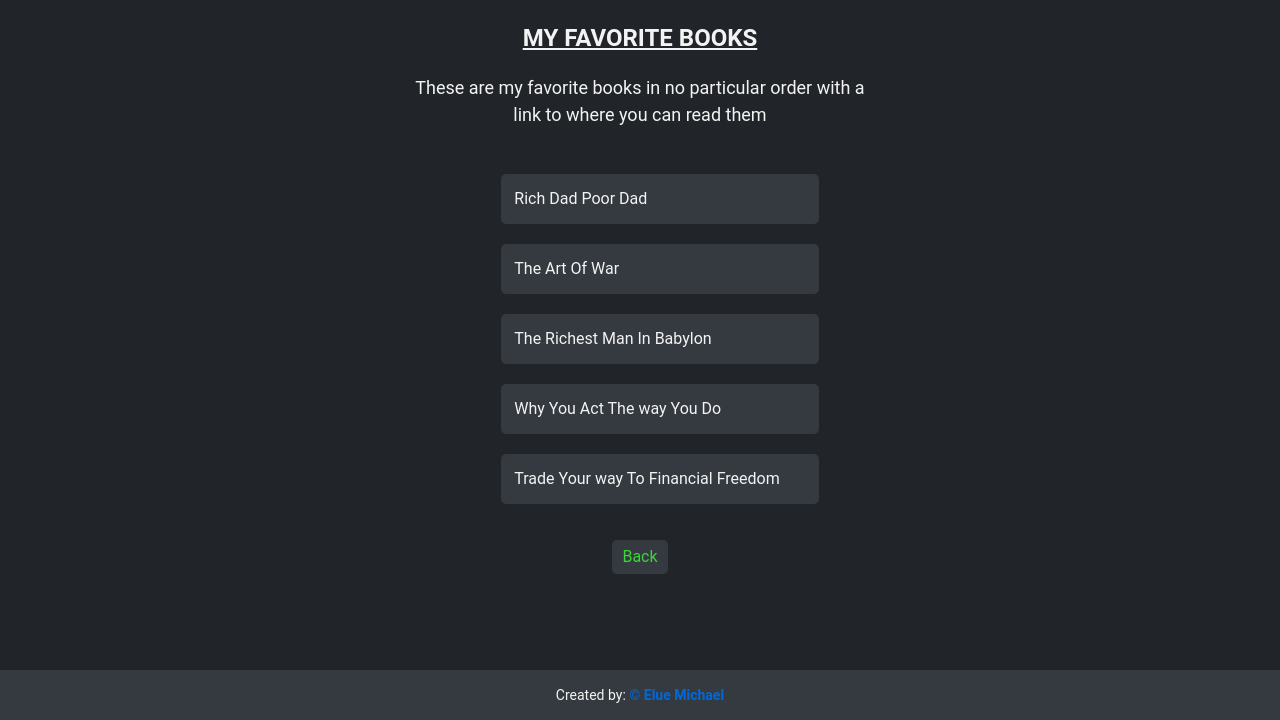
Repository: MikkyPrestige/html-website
Page: pages/books.html
These files come from the project's save history. The page is drawn as it stood at one moment and after the next save; the edit follows.
The browser window is 1280 px wide. The pictures show the whole page.

Above is the page before, as saved 2023-04-29 13:56:47.

After the next save:
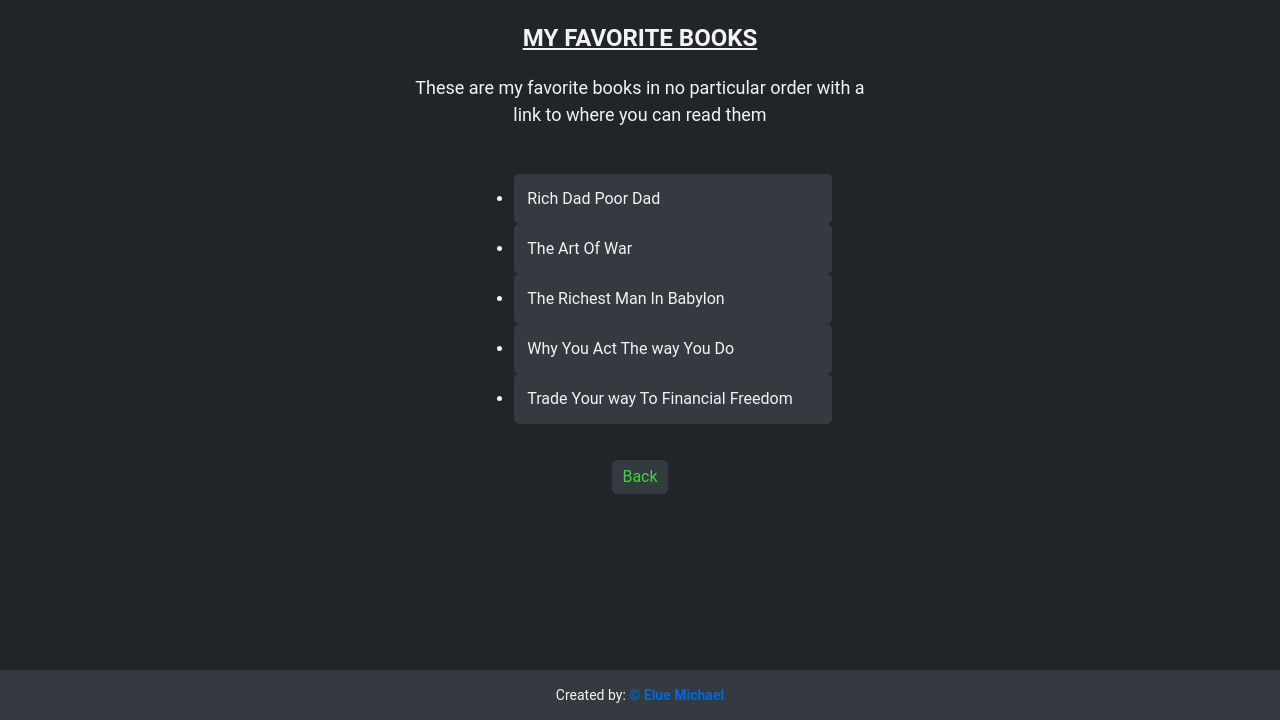
Saved 10 s later.
--- a/pages/books.html
+++ b/pages/books.html
@@ -17,7 +17,7 @@
         <p class="fav-subheading">These are my favorite books in no particular order with a link to where you can read
           them</p>
       </div>
-      <ul class="lists">
+      <ul class="books-lists">
         <li class="books-item">
           <a href="http://www.lequydonhanoi.edu.vn/upload_images/S%C3%A1ch%20ngo%E1%BA%A1i%20ng%E1%BB%AF/Rich%20Dad%20Poor%20Dad.pdf"
             target="_blank" class="books-link">Rich Dad Poor Dad</a>

After the save that followed:
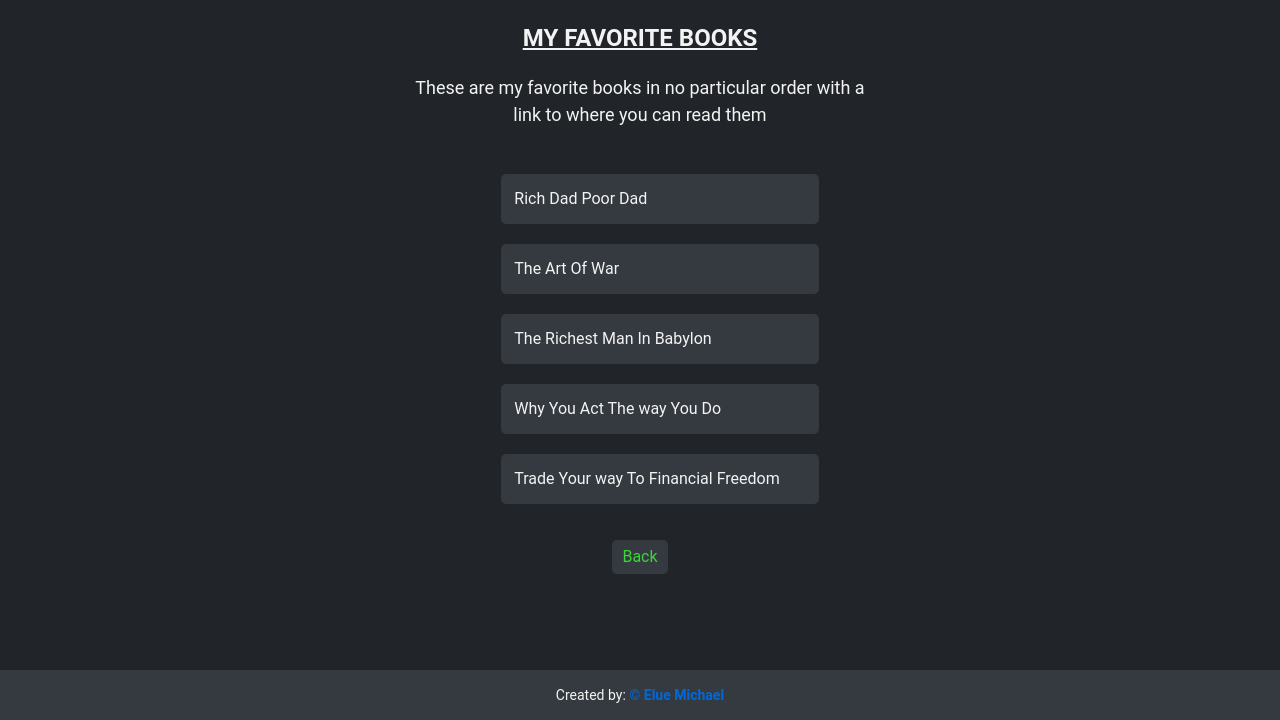
Saved 2 s later.
--- a/index.css
+++ b/index.css
@@ -111,7 +111,7 @@
   text-align: center;
 }
 
-.lists {
+.books-lists {
   display: flex;
   flex-direction: column;
   justify-content: center;
